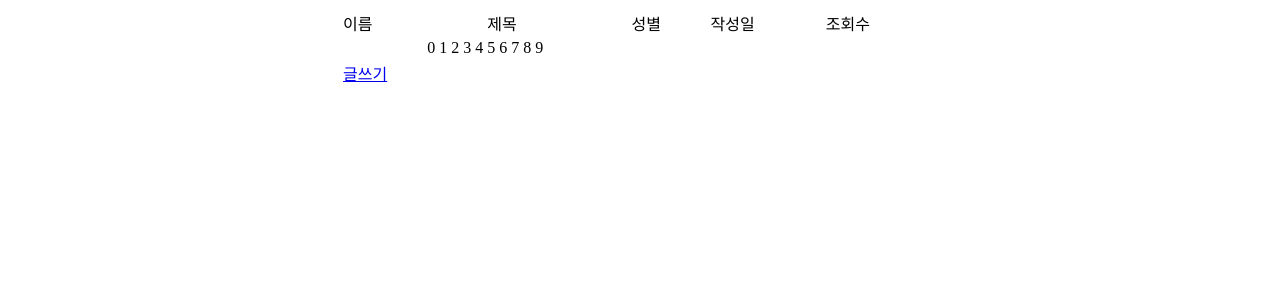
Repository: Billy-Jin/jsp
Page: http://localhost/dat/list.jsp?pager=2
These files come from the project's save history. The page is drawn as it stood at one moment and after the next save; the edit follows.
The browser window is 1280 px wide. The pictures show the whole page.
The page is served by Tomcat 9. Queries for data that is not in the repository find no rows.

Above is the page before, as saved 2020-12-02 06:31:02.

### jsp/dat/WebContent/list.jsp
<%@ page language="java" contentType="text/html; charset=UTF-8"
    pageEncoding="UTF-8"%>
<%@ page import="java.sql.*"  %>
<%
	// DB 연결
	Class.forName("com.mysql.jdbc.Driver");
	String db="jdbc:mysql://localhost:3306/pkc";
	String userid="root";
	String pw="1234";
	Connection conn=DriverManager.getConnection(db,userid,pw); // db정보,아이디,비번

	// limit에 들어갈 index번호 생성
	int index; // limit에 전달할 index값
	int pager; // 현재 나타내고자 하는 페이지 값을 저장 //page는 변수명으로 사용 불가
	if(request.getParameter("pager")==null)
	{
		pager=1;
	}
	else
	{
		pager=Integer.parseInt(request.getParameter("pager"));
	}

	// index 만들기
	index=(pager-1)*10;

	// 쿼리생성
	String sql="select * from gesipan order by id desc limit "+index+",10";
	// 심부름꾼 생성
	Statement stmt= conn.createStatement();
	// 쿼리실행 => ResultSet
	ResultSet rs=stmt.executeQuery(sql);

%>

<!DOCTYPE html>
<html>
<head>
<meta charset="UTF-8">
<title>Insert title here</title>
</head>
<body>
	<!-- 레코드 내용 출력 -->
	<table width="600" align="center">
		<tr>
			<td> 이름 </td>
			<td> 제목 </td>
			<td> 성별 </td>
			<td> 작성일 </td>
			<td> 조회수 </td>
		</tr>
		<%
		while(rs.next())
		{
			// 숫자로 된 성별을 문자로 변환
			String sung=null;
			switch(rs.getInt("sung"))
			{
			case 0: sung="남자"; break;
			case 1: sung="여자"; break;
			case 2: sung="선택안함"; break;
			}
		%>
		<tr>
			<td> <%=rs.getString("name") %></td>
			<td> <a href="readnum.jsp?id=<%= rs.getString("id")%>"> <%=rs.getString("title") %> </a> </td>
			<td> <%=sung%></td>
			<td> <%=rs.getString("writeday") %></td>
			<td> <%=rs.getString("readnum") %></td>
		</tr>
		<%
		}
		%>
	     <tr> <!-- 사용자가 클릭하여 이동할수 있는 페이지 출력 -->
      	<td colspan="2" align="center">
	  	 <%
	  	 	int pstart;

	  	 	pstart=pager/10;
	  	 	if(pager%10 == 0)
	  	 		pstart=pstart-1;

	  	 	Integer.parseInt(pstart+"1");

	  	 	int pend=pstart+9;

	  	 	for(int i=pstart; i<=pend; i++)
	  	 		out.print(i+" ");

	  	 	%>
	      </td>
	     </tr>
		<tr>
			<td colspan="2"> <a href="write.jsp"> 글쓰기</a> </td>
		</tr>
	</table>
</body>
</html>

After the next save:
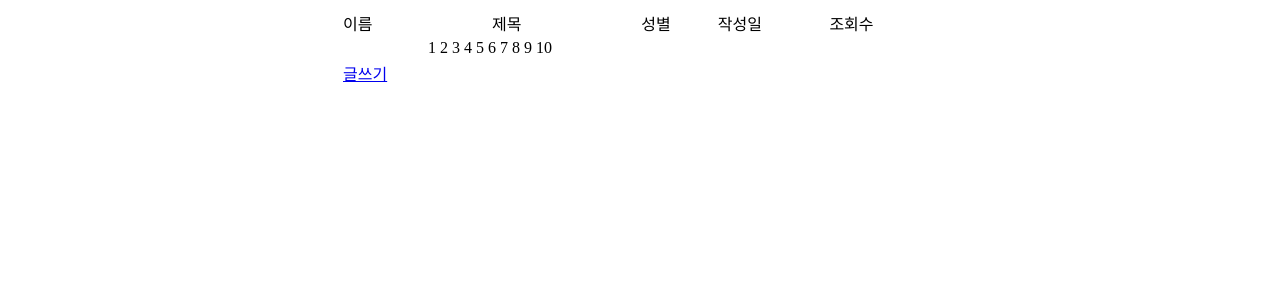
Saved 4 min 33 s later.
--- a/jsp/dat/WebContent/list.jsp
+++ b/jsp/dat/WebContent/list.jsp
@@ -80,7 +80,7 @@
 	  	 	if(pager%10 == 0)
 	  	 		pstart=pstart-1;
 
-	  	 	Integer.parseInt(pstart+"1");
+	  	 	pstart=Integer.parseInt(pstart+"1");
 
 	  	 	int pend=pstart+9;
 
